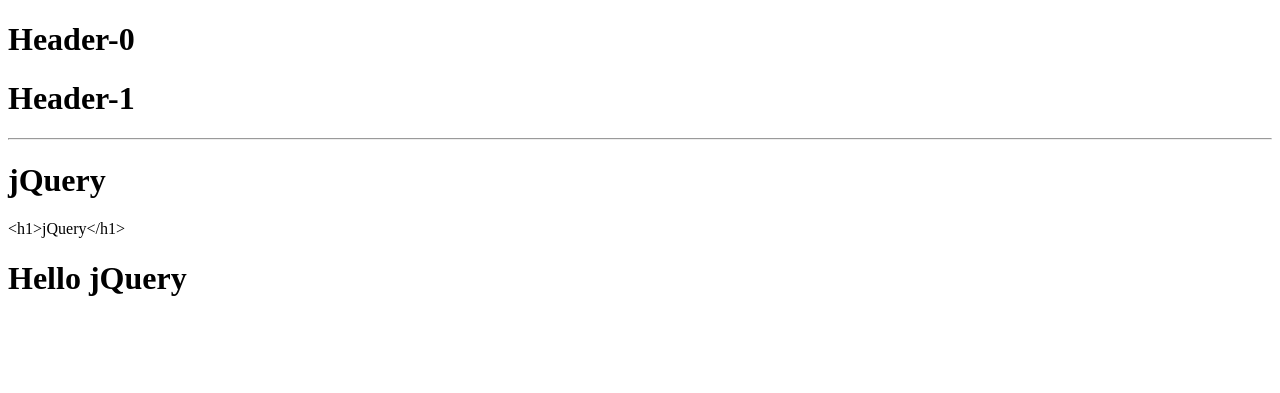
Repository: chlguswns1/web-practice
Page: jQuery/src/main/webapp/03_DOM_Operation.html
An editor plug-in stored every save of this project. The page is shown before and after the next save, followed by the edit.
The browser window is 1280 px wide. The pictures show the whole page.

Above is the page before, as saved 2023-03-09 08:55:29.

After the next save:
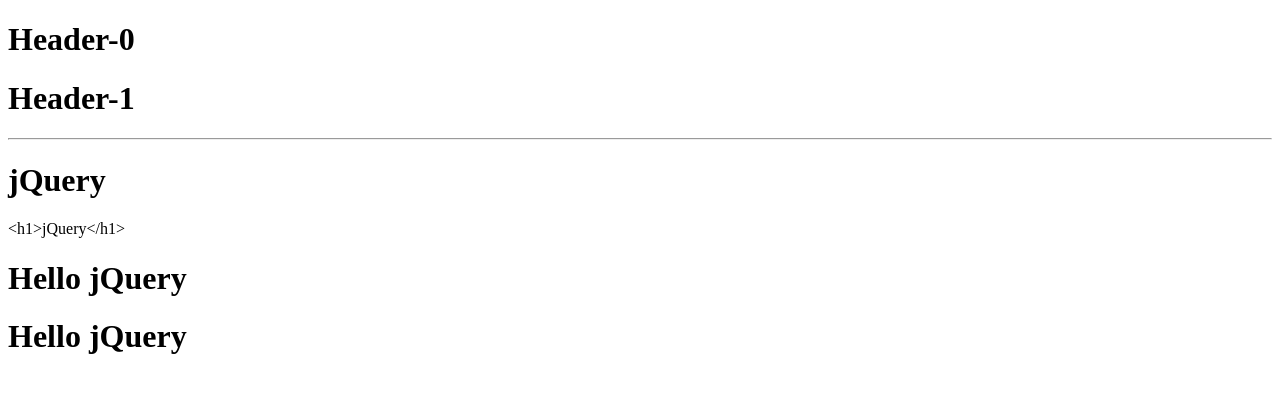
Saved 2 min 56 s later.
--- a/jQuery/src/main/webapp/03_DOM_Operation.html
+++ b/jQuery/src/main/webapp/03_DOM_Operation.html
@@ -173,12 +173,14 @@
 
 //- 생성한 문서 객체를 body 태그에 추가하는 방법1.
 	//$(document).ready(function(){});
-$(function() {
-		$('<h1></h1>').html('Hello jQuery').appendTo('body');//바디태그 뒤에다 붙여주겠다
+	$(function() {
+		$('<h1></h1>').html('Hello jQuery').appendTo('body');//바디태그 뒤에다 붙여주겠다ㄴ
 	})
 
 //- $() 메서드의 내부에 HTML 태그를 바로 넣어 body 태그에 추가하는 방법2
-
+	$(function() {
+		$('<h1>Hello jQuery</h1>').appendTo('body');
+	})
 
 
 /* 12. 문서 객체의 생성(2) */
